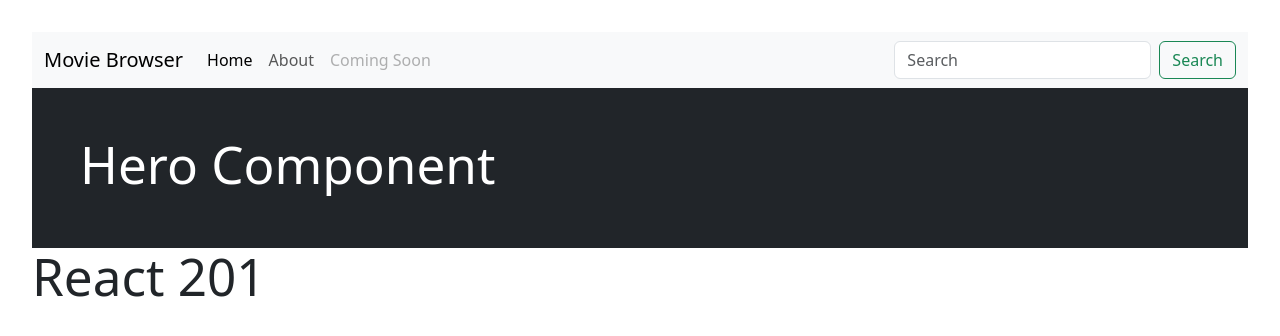
Repository: blordeus/movie-search-browser
Page: / (app in movie-browser/)
An editor plug-in stored every save of this project. The page is shown before and after the next save, followed by the edit.
The browser window is 1280 px wide. The pictures show the whole page.
The project was rebuilt for these pictures with package versions that can differ from the ones it lists, and the page was loaded fresh each time. Also part of the build but not shown: movie-browser/vite.config.js, movie-browser/src/components/About.jsx.

Above is the page before, as saved 2023-09-03 15:10:57.

After the next save:
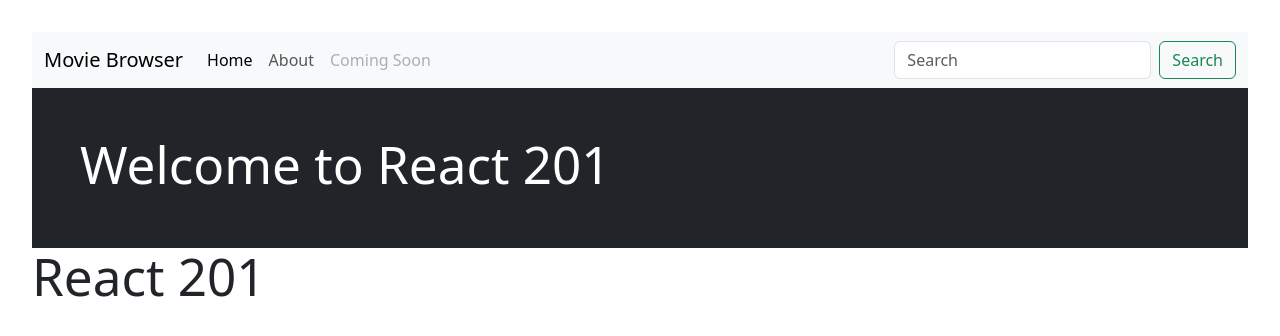
Saved 8 s later.
--- a/movie-browser/src/components/Hero.jsx
+++ b/movie-browser/src/components/Hero.jsx
@@ -1,7 +1,7 @@
 const Hero = ({text}) => {
     return (
         <header className="bg-dark text-white p-5">
-            <h1>Hero Component</h1>
+            <h1>{text}</h1>
         </header>
     );
 }
